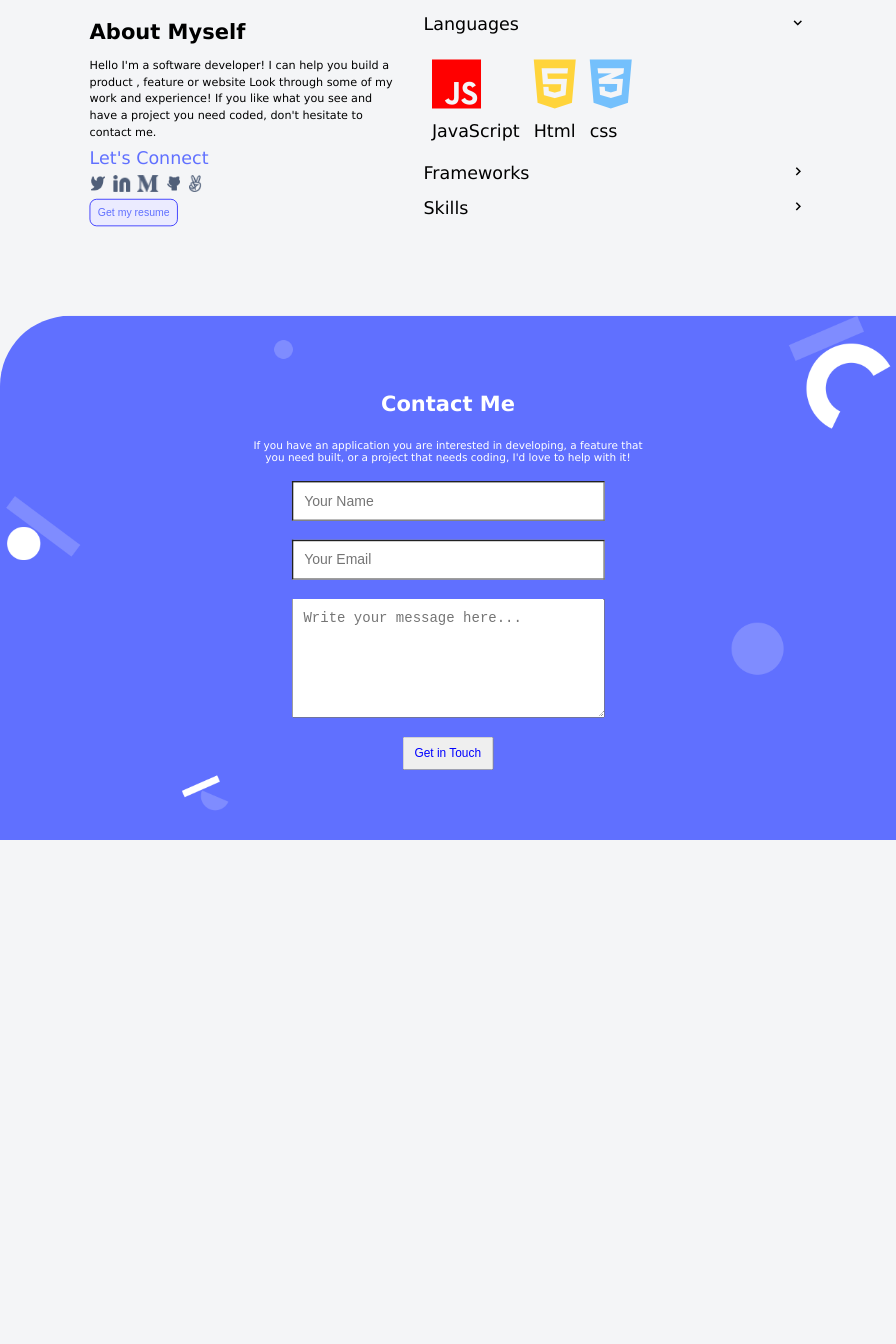
Repository: usman3123/portfolio-template-3
Page: index.html
An editor plug-in stored every save of this project. The page is shown before and after the next save, followed by the edit.
The browser window is 1280 px wide. The pictures show the part of the page from y = 3413 to 5333 px (the page is 5333 px tall before and 4613 px after), at 70% of full size.
Some web libraries are served in a nearby version.

Above is the page before, as saved 2025-01-30 10:11:04.

### index.html
<!DOCTYPE html>
<html lang="en">
<head>
  <meta charset="UTF-8">
  <meta name="viewport" content="width=device-width, initial-scale=1.0">
  <title>project 2</title>
  <link rel="stylesheet" href="style.css">
  <link href='https://unpkg.com/boxicons@2.1.4/css/boxicons.min.css' rel='stylesheet'>
  <link rel="stylesheet" href="https://cdnjs.cloudflare.com/ajax/libs/font-awesome/6.6.0/css/all.min.css" integrity="sha512-Kc323vGBEqzTmouAECnVceyQqyqdsSiqLQISBL29aUW4U/M7pSPA/gEUZQqv1cwx4OnYxTxve5UMg5GT6L4JJg==" crossorigin="anonymous" referrerpolicy="no-referrer" />
  <link rel="stylesheet" href="https://cdnjs.cloudflare.com/ajax/libs/font-awesome/6.6.0/css/all.min.css" integrity="sha512-Kc323vGBEqzTmouAECnVceyQqyqdsSiqLQISBL29aUW4U/M7pSPA/gEUZQqv1cwx4OnYxTxve5UMg5GT6L4JJg==" crossorigin="anonymous" referrerpolicy="no-referrer" />

  <link rel="stylesheet" href="https://cdnjs.cloudflare.com/ajax/libs/font-awesome/6.7.2/css/all.min.css">
  <link rel="preconnect" href="https://fonts.googleapis.com">
<link rel="preconnect" href="https://fonts.gstatic.com" crossorigin>
<link href="https://fonts.googleapis.com/css2?family=Poppins:ital,wght@0,100;0,200;0,300;0,400;0,500;0,600;0,700;0,800;0,900;1,100;1,200;1,300;1,400;1,500;1,600;1,700;1,800;1,900&display=swap" rel="stylesheet">
</head>

<body>
<section class="webpage">
  <!-- Navbar -->

 <div class="hero-page">
  <div class="header-div">
    <nav class="nav-bar flex">
        <h4 class="nav-heading">My Logo</h4>
        <div class="nav-links flex">
            <a href="#myportfolio" class="link">Portfolo</a>
            <a href="myabout" class="link">About</a>
            <a href="mycontact" class="link" >Contact</a>
        </div>
        <i class="fa-solid fa-light fa-bars fa-xl " id="nav-icon"></i>
    </nav>
</div>

  <!-- Main Content -->
  <section id="myportfolio" class="hero-section flex">
    <div class="hero-content flex">
        <h1 class="hero-head"> I'm USMAN!
          Glad to see you.
      </h1>
      <p class="hero-p">
         I'm a software developer! I can help you build a product , feature or website Look through  some of my work and experience! If you like what you see and have a project you need coded, don’t hesitate to contact me.
      </p>
     <p class="let-connect"> LET'S CONNECT</p>

      <div class="icons flex">
          <img src="/assets/twitter.png" class="media-icon">
          <img src="assets/Linkedin.png" class="media-icon">
          <img src="assets/M.png" class="media-icon">
          <img src="assets/Github.png" class="media-icon">
          <img src="assets/V.png" class="media-icon">
      </div>
    </div>
  </section>

 </div>
  <!-- Cards Section -->

  <section class="cards flex">

  </section>


   <!-- ABOUT MYSELF -->

   <section id="myabout" class="about flex">

    <div class="about-intro flex">
      <h1 class="about-head">About Myself</h1>
      <p class="about-paragraph">Hello I'm a software developer! I can help you build a product , feature or website Look through some of my work and experience! If you like what you see and have a project you need coded, don't hesitate to contact me.</p>
        <p class="connect">Let's Connect</p>
        <div class="icons flex icon-gap">
          <img src="assets/twitter.png" class="twitter">
          <img src="assets/Linkedin.png" class="inimage">
          <img src="assets/M.png" class="mimage">
          <img src="assets/Github.png" class="tomimage">
          <img src="assets/V.png" class="protocol">
      </div>
      <button class="content-btn rsm-btn"> Get my resume</button>
    </div>

    <div class="about-skills flex">
      <div class="about-all flex">
        <p>Languages</p>
        <i class='bx bx-chevron-down'></i>
      </div>
      <div class="about-lang flex">
        <div class="about-lang-img flex">
          <i class="fa-brands fa-js sty-i" style="color: #ff0000;"></i>
          <p>JavaScript</p>
        </div>
        <div class="about-lang-img flex">
          <i class="fa-brands fa-html5 sty-i" style="color: #FFD43B;"></i>
          <p>Html</p>

        </div>
        <div class="about-lang-img flex">
          <i class="fa-brands fa-css3-alt sty-i" style="color: #74C0FC;"></i>
          <p>css</p>
        </div>
      </div>
      <div class="about-all flex">
        <p> Frameworks</p>
        <i class='bx bx-chevron-right'></i>
      </div>
      <div class="about-all flex">
        <p>Skills</p>
        <i class='bx bx-chevron-right'></i>
        </div>
        </div>
  </section>


  <!-- Contact section -->

    <section id="mycontact" class="contact-section flex">
    <h1 class="contact-heading">Contact Me</h1>
    <p class="contact-description flex">
        If you have an application you are interested in developing, a feature that you need built, or a project that needs coding, I'd love to help with it!
    </p>
    <form class="contact-form flex">
        <input class="form-input" type="text" placeholder="Your Name">
        <input class="form-input" type="email" placeholder="Your Email">
        <textarea class="form-message" placeholder="Write your message here..."></textarea>
        <button class="form-button flex">Get in Touch</button>
    </form>

</section>
</section>
<div class="container"></div>


<script src="index.js"></script>
</body>
</html>

### style.css
*{
    margin: 0;
    padding: 0;
    box-sizing: border-box;
}

body {
    font-family: Verdana, Geneva, Tahoma, sans-serif;
    background-color: #f4f5f7;
}


.flex {
    display: flex;
}

/* nav-bar */

.header-div {
    background-color: #3c3a39;
    width: 100%;
}

.nav-bar {
    justify-content: space-between;
    color: white;
    max-width: 1204px;
    align-items: center;
    padding: 10px 24px;
}

.nav-heading {
    font-size: 30px;
    padding-left: 120px;
}

.nav-links {
    gap: 40px;
    align-items: center;
    font-size: 25px;
    display: none;
}
.nav-icon {
    display: flex;
    width: 24px;
}


/* hero-section */

.hero-page {
    background-color: white;
    border-bottom-left-radius: 190px;
    background-image: url(/assets/Header\ bg@2x.png);
    background-size: contain;
    max-height: 846px;
    background-position: center;
    background-repeat: no-repeat;
    max-width: 1440px;
}
.hero-section {
    height: 846px;
    align-items: center;
    justify-content: center;
    padding-left: 20%;
}
.hero-content {
    flex-direction: column;
    gap: 20px;
}
.hero-head {
    font-size: 48px;
    font-weight: 700;
    width: 35%;
}

.hero-p {
    font-size: 25px;
    line-height: 28px;
    color: #344563;

    width: 73%;
}

.let-connect {
    color: #1d32f7;
    font-size: 20px;
    font-weight: 500;
    line-height: 24px;
}

.media-icon {
    height: 35px;
}

.icons {
    gap: 10px;
}

.nav-head {
    max-width: 1440px;
    width: 100%;
}
.enable {
    color: blue;
}
.link {
    color: white;
    text-decoration: none;
}

/* card-section */

.cards {
    flex-direction: column;
    align-items: center;
    gap:142px;
    padding: 24px;
    position: relative;
}
.card {
    background-color: white;
    max-width: 1156px;
    max-height: 496px;
    width: 100%;
    padding: 24px;
    gap: 20px;
}
.card-img {
    max-width: 544px;
    width: 50%;
    border-radius:8px ;
}

.card-content {
    flex-direction: column;
    gap: 24px;
}

.card-head {
    font-size: 40px;
    font-weight: 700;
    line-height: 52px;
}
#photo-content {
    font-size: 40px;
    font-weight: 700;
    line-height: 52px;
}
.content-p {
    font-size: 20px;
    font-weight: 400;
    line-height: 24px;
}
.content-sp {
    font-size: 20px;
    font-weight: 400;
    line-height: 24px;
}

.languages {
    gap: 8px;
    align-items: center;
}

.lang {
    padding: 4px 12px;
    color: #6070ff;
    background-color: #ebebff;
    border-radius: 10px;
}

.content-btn {
    max-width: 126px;
    width: 100%;
    padding: 4px 12px;
    color: #6070ff;
    background-color: #ebebff;
    border-radius: 10px;
    padding: 10px;
    border: 1px solid blue;
    font-size: 15px;
}

/* about-section */

.about {
    padding: 10%;
    gap: 30px;
}

.about-intro {
    flex-direction: column;
    max-width: 447px;
    max-height: 331px;
    gap: 10px;
}

.about-head {
    font-size: 30px;
    font-weight: 700;
    line-height: 52px;
}
.about-paragraph {
    font-size: 16px;
    line-height: 24px;
}
.connect {
    color: #6070ff;
    font-size: 25px;
}

.about-skills {
    max-width: 684px;
    flex-direction: column;
    width: 100%;
    gap: 20px;
}

.about-all {
    justify-content: space-between;
    font-size: 25px;
}
.about-lang {
    gap: 20px;
    padding: 12px;
}
.about-lang-img {
    flex-direction: column;
    gap: 12px;
}
.sty-i {
    font-size: 80px;
}
.about-lang-img > p {
    font-size: 25px;
}
.contact-section {
    flex-direction: column;
    align-items: center;
    gap: 24px;
    background-color: #6070ff;
    background-image: url(/assets/contact\ form\ background\ shapes@2x.png);
    background-size: contain;
    background-repeat: no-repeat;
    border-top-left-radius: 100px;
    padding: 100px 24px;
}
.contact-heading {
    font-size: 3rem;
    font-weight: 700;
    line-height: 5.2rem;
    color: white;
}
.contact-description {
    max-width: 569px;
    font-size: 1.5rem;
    text-align: center;
    color: white;
    max-height: 137px;

}
.contact-form {
    gap: 27px;
    flex-direction: column;
    max-width: 447px;
    width: 100%;
    align-items: center;
}

.form-input {
    padding: 15px 16px;
    background-color: white;
    color: black;
    font-size: 20px;
    width: 100%;
}
.form-message {
    color: black;
    font-size: 20px;
    padding: 15px 16px;
    height: 170px;
    width: 100%;
}
.form-button {
    padding: 12px 15px;
    color: blue;
    font-size: 17px;
    font-weight: 500;
    align-items: center;
    width: 130px;
}
html {
    font-size: 62.5%;
}

.container {
    width: 100vw;
    max-width: 1440px;
    height: 100vh;
}

.inner-container {
    padding: 24px;
    width: 100%;
    height: 100%;
    max-width: 1156px;
    max-height: 1163px;
    position: absolute;
    top: 50%;
    left: 50%;
    transform: translate(-50%,-50%);
    background-color: white;
    flex-wrap: wrap;

}
.remove {
    display: none;
}
.blur {
    backdrop-filter: blur(10px);
    z-index: 999;
}
.heading > h2{
    align-items: center;
    justify-content: space-between;
}

.languages {
    gap: 8px;
}


.wrapimg {
    width: 100%;
    height: 60.3%;
    max-width: 1108px;
    max-height: 586px;
}

.p3 {
    display: none;
}

.paragraph {
    color: #344563;
    font-size: 2rem;
}

.btnimg {
    width: 20px;
    height: 20px;
}

.livebtn {
    width: 43.6%;
    height: 48px;
    gap: 20px;
    padding: 12px 16px;
    background-color: #36B37F;
    color: white;
    font-size: 17px;
    align-items: center;
}

.sourcebtn {
    width: 49%;
    height: 48px;
    gap: 20px;
    padding: 12px 16px;
    background-color: #36B37F;
    color: white;
    font-size: 17px;
    align-items: center;
}

.livebtn > p {
    font-size: 1.7rem;
    line-height: 2.4rem;
    font-weight: 700;
}

.buttons {
    width: 311px;
    height: 56px;
    gap: 24px;
    margin-top: 30px;
}

.btnimg {
    filter: brightness(0) invert(1);
}

.languages {
    padding: 9px 0;
}

.heading > h2 {
    font-size: 32px;
    line-height: 44px;
}
.icon-head {
    justify-content: space-between;
    font-size: 3rem;
}
.lang {
    font-size: 1rem;
    color: #979493;
    padding: 5px 6px;
    border: 1px solid #979493;
}

@media (max-width :600px) {
    .p1 {
     display: none;;
    }

    .p2 {
        display: none;
    }

    .p3 {
        display: block;
    }

    .wrap {
        flex-direction: column;
        padding-top: 20px;
    }

    .wrapimg {
        width: 100%;
        height: 29.3%;
        max-width: 872px;
        max-height: 616px;
    }

}








@media (max-width : 1100px) {
    .hero-head {
        width: 53%;
    }
    .card-head {
        font-size: 2rem;
    }
    #photo-head {
        font-size: 27px;
    }
    .content-p {
        font-size: 15px;
    }
    .content-sp {
        font-size: 15px;
        display: none;
    }
    .card-content {
        gap: 20px;
    }

}
@media (max-width :870px) {
    .card {
        flex-direction: column;
        max-height: 552px;
        padding: 16px;
    }
    .card {
        max-width: 327px;
    }
    .about {
        flex-direction: column;
    }
    .nav-heading {
        padding-left: 0px;
    }


}
@media (max-width : 870px) {
    .hero-head {
        width: 100%;
    }
    .hero-section {
        padding: 24px;
    }
    .hero-p {
        width: 100%;
    }
    .card-img {
        width: 100%;
        height: 18vh;
    }
    .card-content {
        gap: 2px;
    }
}
@media (min-width : 700px) {
    .nav-links {
        display: flex;
    }
    #nav-icon {
        display: none;
    }

}
@media (min-width : 1441px) {
    .card-content {
        gap: 30px;
    }
}

### index.js
arr = [
    {
        img : "/assets/card-1img.webp",
        h2 : "Technology Blog",
        paragraph1 : "Title :Innovating the Future",
        p_description : "Description: Explore groundbreaking advancements in AI and robotics shaping tomorrow.",
        paragraph2 :"Image Idea: A futuristic image showing AI robots collaborating with humans.",
        lang1 : "Html",
        lang2 : "CSS",
        lang3 : "JavaScript",
        lang5 : "Boot Strap",
        button : "See Project",
        year : "2023",
        cardimg : "/assets/card-1img.webp"
    },
    {
        img : "/assets/card-2img.webp",
        h2 : "Photography Portfolio",
        paragraph1 : "Title: Lens Stories",
        p_description : "Description: A collection of awe-inspiring moments captured around the globe.",
        paragraph2 :"Image Idea: A scenic view of mountains or a person with a camera.",
        lang1 : "Html",
        lang2 :"Ruby on Rails",
        lang3 : "CSS",
        lang4 : "JavaScript",
        lang5 : "Boot Strap",
        button : "See Project",
        year : "2024",
        cardimg :"/assets/card-2img.webp"
    },
    {
        img : "/assets/card-3img.webp",
        h2 : "Fitness App",
        paragraph1 : "Title: oveSmart",
        p_description :"Description: Your companion for tracking workouts and achieving fitness goals.",
        paragraph2 :"Image Idea: A person jogging with fitness metrics displayed.",
        lang1 : "Html",
        lang2 :"Ruby on Rails",
        lang3 : "CSS",
        lang4 : "JavaScript",
        lang5 : "Boot Strap",
        button : "See Project",
        year : "2025",
        cardimg : "/assets/card-3img.webp"
    },
    {
        img : "/assets/card-4img.webp" ,
        h2 : "Online Learning",
        paragraph1 : "Title: Skillify",
        p_description : "Description: Join courses from world-class instructors and master new skills.",
        paragraph2 :"Image Idea: A laptop with an open notebook and a student studying.",
        lang1 : "Html",
        lang2 :"Ruby on Rails",
        lang3 : "CSS",
        lang4 : "JavaScript",
        lang5 : "Boot Strap",
        button : "See Project",
        year : "2025",
        cardimg :"/assets/card-4img.webp"
    }
]

const cards = document.querySelector(".cards");
const body = document.querySelector("body");

arr.forEach((element) => {
    cards.innerHTML += `<div class="card flex">
      <img class="card-img" src= ${element.img} alt="CARD_!_IMG">
      <div class="card-content flex">
        <h2 class="card-head">${element.h2}</h2>
        <p class="content-p">${element.paragraph1}</p>
        <p class="content-sp">${element.p_description}</p>
        <p class="content-p">${element.paragraph2}</p>
        <div class="languages flex">
          <p class="lang">${element.lang1}</p>
          <p class="lang">${element.lang2}</p>
          <p class="lang">${element.lang3}</p>
        </div>
        <button id = "cardbtn" class="content-btn">${element.button}</button>
      </div>
    </div>
`
});
document.querySelectorAll("#cardbtn").forEach((btn, index) => {
  btn.addEventListener("click", () => {
    popup(arr[index]);
    body.classList.add("blur");
    popup.classList.remove("blur")
  });
});
function popup(element) {
  const popup = document.querySelector(".container");
    popup.innerHTML =
      `<div class="inner-container">
    <div class="icon-head flex">
        <h2 class="heading flex">${element.h2}</h2>
        <i class="fa-solid fa-x" id = "close-popup" ></i>
    </div>
    <div class="languages flex">
        <p class="lang">Canopy</p>
        <p class="lang">Back End Dev</p>
        <p class="lang">${element.year}</p>
    </div>
    <img src= ${element.cardimg} class="wrapimg">
    <div class="languages flex">
        <p class="lang">${element.lang1}</p>
        <p class="lang">${element.lang5}</p>
        <p class="lang">${element.lang2}</p>
    </div>

    <div class="paragraph">
        <p class="p1">${element.paragraph1}</p>
        <p class="p2">${element.p_description}</p>
        <p class="p3">${element.paragraph2}</p>
    </div>

    <div class="buttons flex">
        <div class="livebtn flex">
            <p>See live</p>
            <img src="/assets/Icon - Export.svg" class="btnimg">
        </div>
        <div class="sourcebtn flex">
            <p>See source</p>
            <img src="/assets/Icon -GitHub.png" class="btnimg">
        </div>
    </div>

    </div>`;

    document.querySelector("#close-popup").addEventListener("click", () => {

    });
  }








{/* <div class="inner-container">
<div class="icon-head flex">
    <h2 class="heading flex">Tonic</h2>
    <i class="fa-solid fa-x" ></i>
</div>
<div class="languages flex">
    <p class="lang">Canopy</p>
    <p class="lang">Back End Dev</p>
    <p class="lang">2015</p>
</div>
<img src="/assets/Snapshoot Portfolio.png" class="wrapimg">
<div class="languages flex">
    <p class="lang">HTML</p>
    <p class="lang">Bootstrap</p>
    <p class="lang">Ruby on rails</p>
</div>

<div class="paragraph">
    <p class="p1">Lorem Ipsum is simply dummy text of the printing and typesetting industry. Lorem Ipsum has been the industry's standard dummy text ever since the 1500s, when an unknown printer took a galley of type and scrambled it 1960s.</p>
    <p class="p2">Lorem Ipsum is simply dummy text of the printing and typesetting industry. Lorem Ipsum has been the industry's standard dummy text ever since the 1500s, when an unknown printer took a galley of type and scrambled it 1960s with the releax map lapora verita.</p>
    <p class="p3">Lorem Ipsum is simply dummy text of the printing and typesetting industry. Lorem Ipsum has been the industry's standard dummy text ever since the 1500s, when an unknown printer took a galley of type and scrambled it to make a type specimen book. It has survived not only five centuries, but also the leap into electronic typesetting, remaining essent</p>
</div>

<div class="buttons flex">
    <div class="livebtn flex">
        <p>See live</p>
        <img src="/assets/Icon - Export.svg" class="btnimg">
    </div>
    <div class="sourcebtn flex">
        <p>See source</p>
        <img src="/assets/Icon -GitHub.png" class="btnimg">
    </div>
</div>

</div>
 */}














/* <div class="card flex">
      <img class="card-img" src="/assets/card-1img.webp" alt="CARD_!_IMG">
      <div class="card-content flex">
        <h2 class="card-head">Technology Blog</h2>
        <p class="content-p">Title: "Innovating the Future"</p>
        <p class="content-sp">Description: "Explore groundbreaking advancements in AI and robotics shaping tomorrow."</p>
        <p class="content-p">Image Idea: A futuristic image showing AI robots collaborating with humans.</p>
        <div class="languages flex">
          <p class="lang">Html</p>
          <p class="lang">CSS</p>
          <p class="lang">JavaScript</p>
        </div>
        <button class="content-btn">See Project</button>
      </div>
    </div>
    <div class="card flex">
      <img class="card-img" src="/assets/card-2img.webp" alt="CARD_!_IMG">
      <div class="card-content flex">
        <h2 id="photo-head">Photography Portfolio</h2>
        <p class="content-p">Title: "Lens Stories"<p>
        <p class="content-sp">Description: "A collection of awe-inspiring moments captured around the globe."</p>
        <p class="content-p">Image Idea: A scenic view of mountains or a person with a camera.
        </p>
        <div class="languages flex">
          <p class="lang">Html</p>
          <p class="lang">Ruby on Rails</p>
          <p class="lang">CSS</p>
          <p class="lang">JavaScript</p>
        </div>
        <button class="content-btn">See Project</button>
      </div>
    </div>
    <div class="card flex">
      <img class="card-img" src="/assets/card-3img.webp" alt="CARD_!_IMG">
      <div class="card-content flex">
        <h2 class="card-head">Fitness App</h2>
        <p class="content-p">Title: "MoveSmart"<p>
        <p class="content-sp">Description: "Your companion for tracking workouts and achieving fitness goals."</p>
        <p class="content-p">Image Idea: A person jogging with fitness metrics displayed.</p>
        <div class="languages flex">
          <p class="lang">Html</p>
          <p class="lang">Ruby on Rails</p>
          <p class="lang">CSS</p>
          <p class="lang">JavaScript</p>
        </div>
        <button class="content-btn">See Project</button>
      </div>
    </div>
    <div class="card flex">
      <img class="card-img" src="/assets/card-4img.webp" alt="CARD_!_IMG">
      <div class="card-content flex">
        <h2 class="card-head">Online Learning</h2>
        <p class="content-p">Title: "Skillify"p>
        <p class="content-sp">Description: "Join courses from world-class instructors and master new skills."</p>
        <p class="content-p">Image Idea: A laptop with an open notebook and a student studying.</p>
        <div class="languages flex">
          <p class="lang">Html</p>
          <p class="lang">Ruby on Rails</p>
          <p class="lang">CSS</p>
          <p class="lang">JavaScript</p>
        </div>
        <button class="content-btn">See Project</button>
      </div>
    </div> */

After the next save:
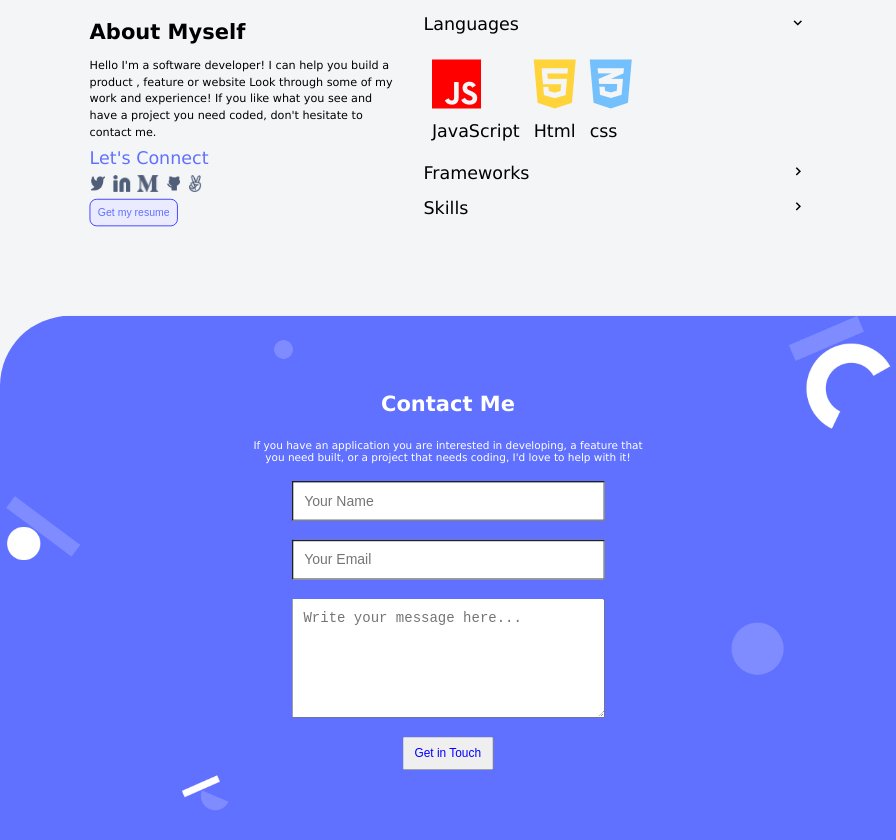
Saved 48 s later.
--- a/style.css
+++ b/style.css
@@ -295,9 +295,6 @@ html {
 }
 
 .container {
-    width: 100vw;
-    max-width: 1440px;
-    height: 100vh;
 }
 
 .inner-container {
